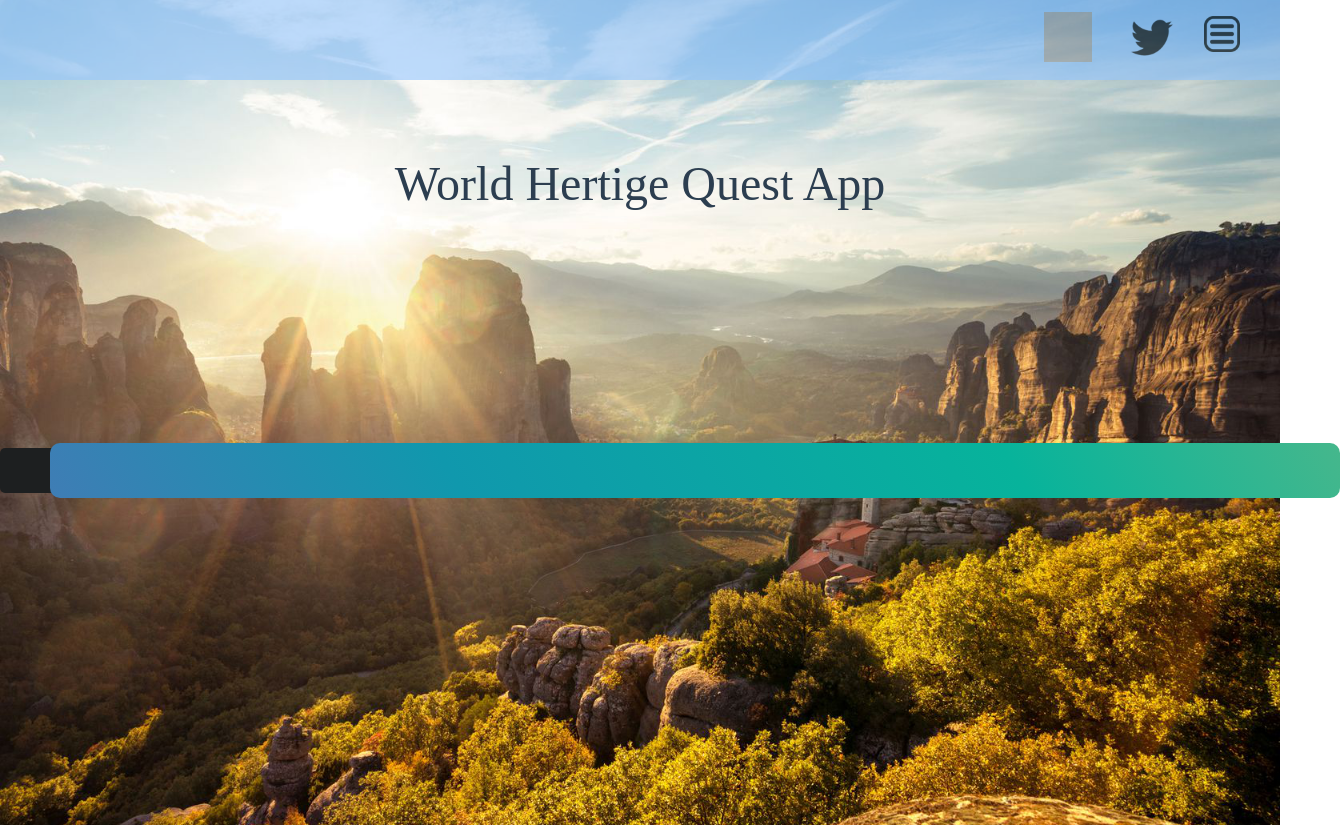
Repository: hashiz008/World-Heritage-Travel-App
Page: /
An editor plug-in stored every save of this project. The page is shown before and after the next save, followed by the edit.
The browser window is 1280 px wide. The page is 1340 px wide, then 1316 px, so the pictures cover 1340 px, including what lies to the right of the window. The pictures show the whole page.
Pictures or frames that could not be fetched are drawn as grey boxes. Some web fonts or font styles are not loaded; a fallback is used. The project was rebuilt for these pictures with package versions that can differ from the ones it lists, and the page was loaded fresh each time. Also part of the build but not shown: vue.config.js.

Above is the page before, as saved 2022-01-25 11:35:59.

After the next save:
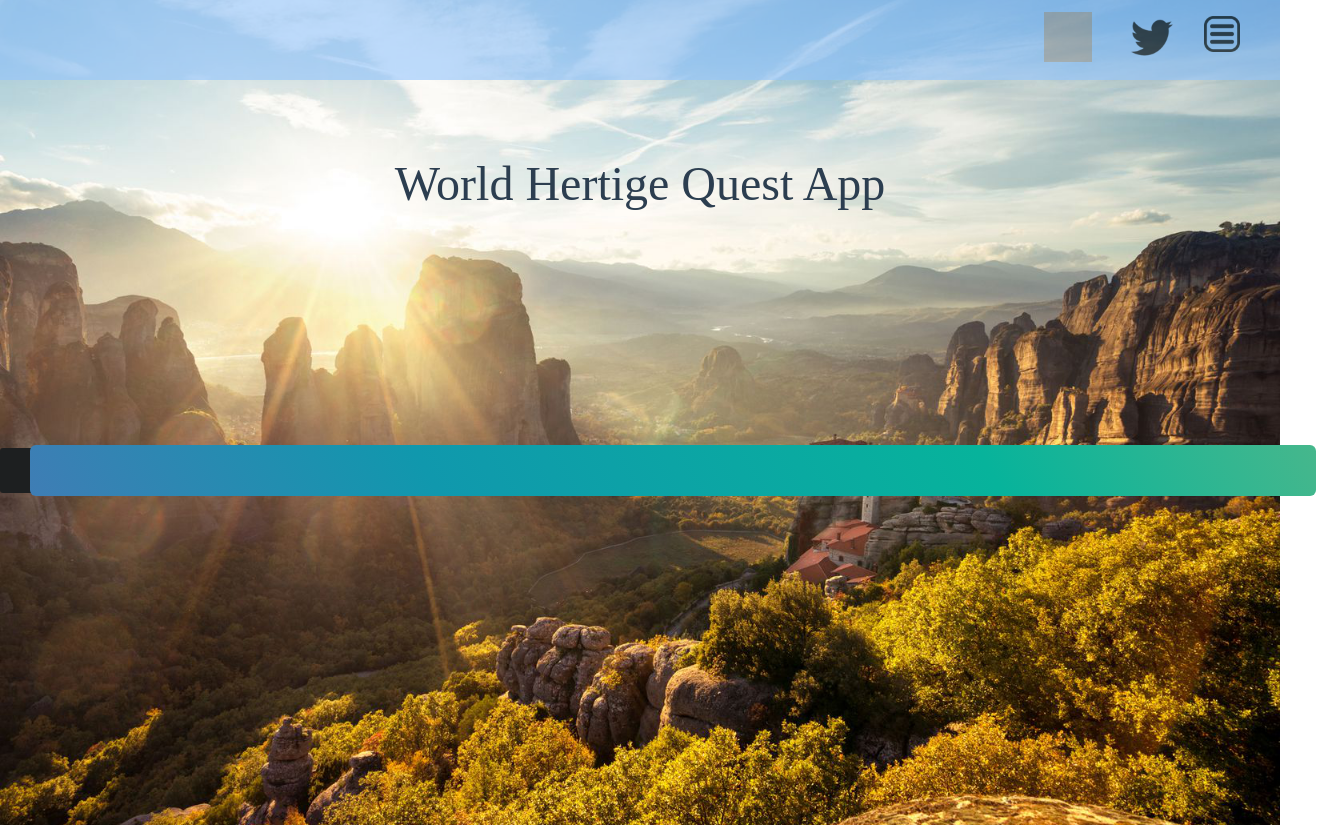
Saved 5 s later.
--- a/src/views/TopPage.vue
+++ b/src/views/TopPage.vue
@@ -139,7 +139,7 @@ export default {
     margin-top: 15rem;
 }
 .startBtn {
-     --borderWidth: 5px;
+     --borderWidth: 3px;
      background: #1d1f20;
      position: relative;
      border-radius: var(--borderWidth);
